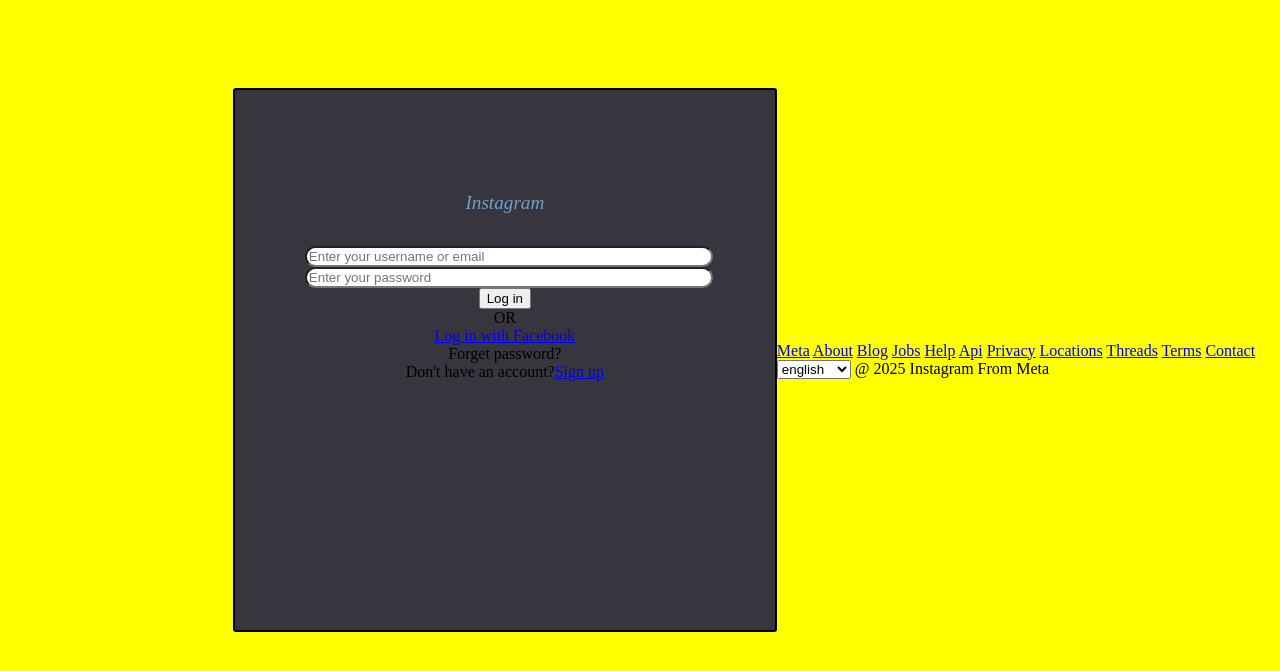
Repository: sristigupta04/basic-js-project
Page: index.html
The author's editor kept a copy of each file at every save. The page is drawn from the files as they stood at one save, then again after the next save.
The browser window is 1280 px wide. The pictures show the whole page.

Above is the page before, as saved 2025-10-24 13:38:30.

### index.html
<!DOCTYPE html>
<html lang="en">
<head>
    <meta charset="UTF-8">
    <meta name="viewport" content="width=device-width, initial-scale=1.0">
    <title>Login Instagram</title>
    <link rel="icon" type="icon" href="instagram logo.webp">
    <link rel="stylesheet" href="index.css">
</head>
<body>
    <div class="container">
        <div class="fill-up">
            <div class="ig">Instagram</div>
            <input type="text" placeholder="Enter your username or email"/>
            <input type="password" placeholder="Enter your password" required>
        </div>
        <button class="btn">Log in</button>
<div class="or"><span>OR</span></div>
<a href="#">
  <i class="fa-brands fa-facebook"></i> Log in with Facebook
</a>
<div class="foot">Forget password?</div>

<div class="footer">Don't have an account?<a href="#">Sign up</a>
        </div>
        </div>
    <footer>
        <div class="bottom">
            <a href="#">Meta</a>
             <a href="#">About</a>
              <a href="#">Blog</a>
               <a href="#">Jobs</a>
               <a href="#">Help</a>
              <a href="#">Api</a>
              <a href="#">Privacy</a>
              <a href="#">Locations</a>
              <a href="#">Threads</a>
              <a href="#">Terms</a>
              <a href="#">Contact</a>

        </div>
        <div class="bt1">
            <select>
                <option>english</option>
                <option>hindi</option>
                <option>Arbaic</option>
                <option>Francais</option>
            </select>
            <span>@ 2025 Instagram From Meta</span>
        </div>
</body>
</html>

### index.css
body{
    display: flex;
    justify-content:  center;
    align-items: center;
    height: 100vh;
    padding-left:13rem;
    background-color:yellow;
    margin:0;
}
.container{
   padding:70px;
   height:400px;
   width:400px;
   border:2px solid black;
   background-color:#37353E;
   border-radius: 3px;;
   text-align:center ;

}
.fill-up{
    justify-content: center;

}
.ig{
    color:#739EC9;
    font-size: larger;
    font-style: italic;
    font-weight: 200;
    margin:2rem;
}

input{
    width:100%;
    border-radius: 1rem;;
}

After the next save:
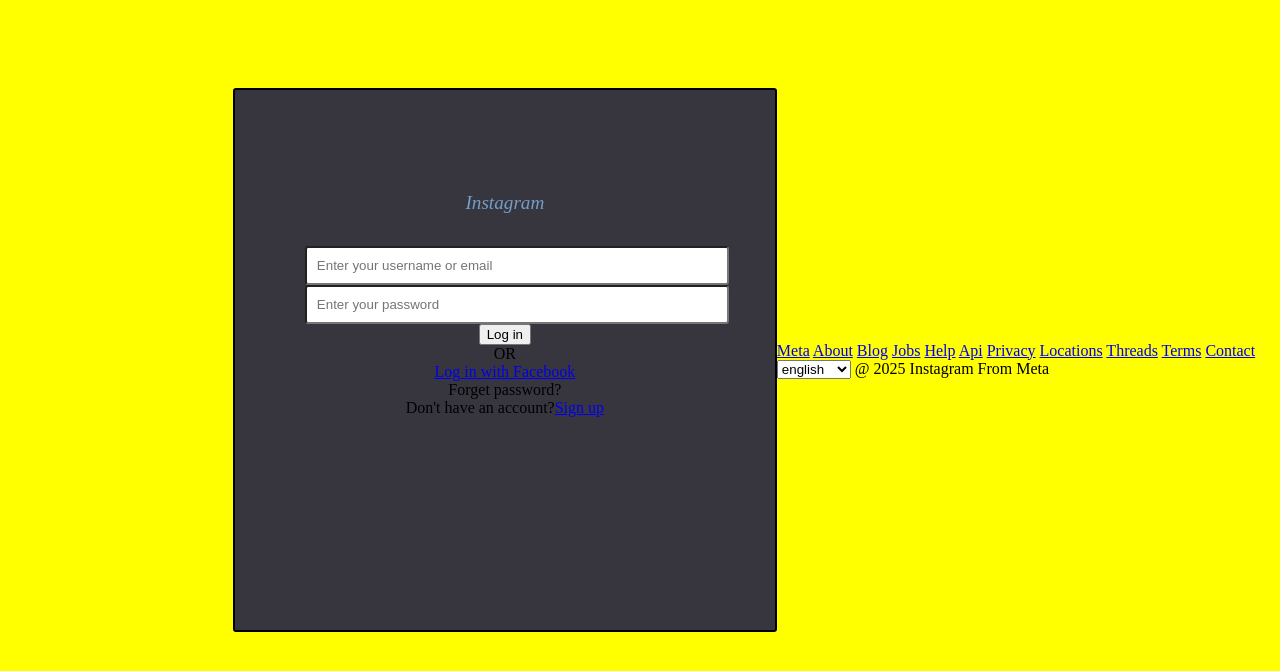
Saved 35 s later.
--- a/index.css
+++ b/index.css
@@ -31,5 +31,8 @@ body{
 
 input{
     width:100%;
-    border-radius: 1rem;;
+    border-radius:0.2rem;
+    color: azure;
+    padding: 10px;
+    ;
 }
